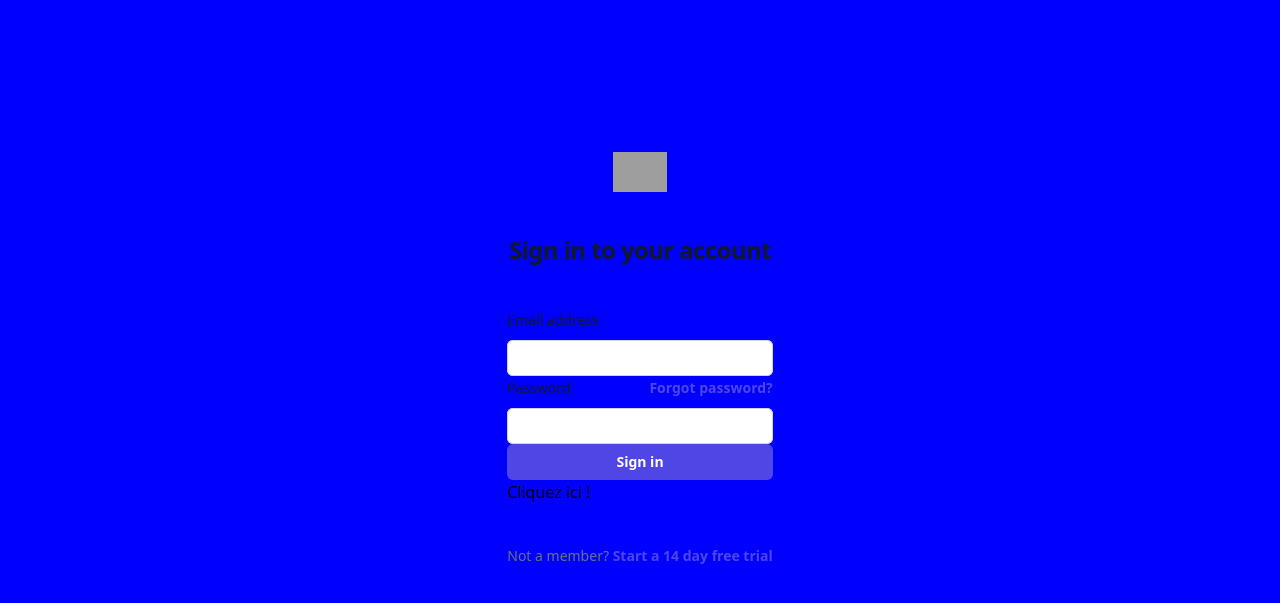
Repository: boschierob/interventio-app
Page: http://localhost/login
An editor plug-in stored every save of this project. The page is shown before and after the next save, followed by the edit.
The browser window is 1280 px wide. The pictures show the whole page.
Pictures or frames that could not be fetched are drawn as grey boxes. The page is served by the project's Node server (server.js).

Above is the page before, as saved 2023-11-14 15:52:55.

### views/login.ejs
<!DOCTYPE html>
<html lang="en">

<head>
  <meta charset="UTF-8">
  <meta name="viewport" content="width=device-width, initial-scale=1.0">
  <title>Page de Connexion</title>
  <!-- Ajouter le lien vers le fichier CSS de Tailwind CSS -->
  <link href="https://cdn.jsdelivr.net/npm/tailwindcss@2.2.19/dist/tailwind.min.css" rel="stylesheet">
  <script src="https://unpkg.com/htmx.org@1.9.8"
    integrity="sha384-rgjA7mptc2ETQqXoYC3/zJvkU7K/aP44Y+z7xQuJiVnB/422P/Ak+F/AqFR7E4Wr"
    crossorigin="anonymous"></script>
</head>

<body class="bg-gray-200 flex justify-center items-center h-screen">
  <form action="/login" method="post" class="flex min-h-full flex-col justify-center px-6 py-12 lg:px-8">
    <div class="sm:mx-auto sm:w-full sm:max-w-sm">
      <img class="mx-auto h-10 w-auto" src="https://tailwindui.com/img/logos/mark.svg?color=indigo&shade=600"
        alt="Your Company">
      <h2 class="mt-10 text-center text-2xl font-bold leading-9 tracking-tight text-gray-900">Sign in to your account
      </h2>
    </div>

    <div class="mt-10 sm:mx-auto sm:w-full sm:max-w-sm">
      <form class="space-y-6" action="#" method="POST">
        <div>
          <label for="email" class="block text-sm font-medium leading-6 text-gray-900">Email address</label>
          <div class="mt-2">
            <input id="email" name="email" type="email" autocomplete="email" required
              class="block w-full rounded-md border-0 py-1.5 text-gray-900 shadow-sm ring-1 ring-inset ring-gray-300 placeholder:text-gray-400 focus:ring-2 focus:ring-inset focus:ring-indigo-600 sm:text-sm sm:leading-6">
          </div>
        </div>

        <div>
          <div class="flex items-center justify-between">
            <label for="password" class="block text-sm font-medium leading-6 text-gray-900">Password</label>
            <div class="text-sm">
              <a href="#" class="font-semibold text-indigo-600 hover:text-indigo-500">Forgot password?</a>
            </div>
          </div>
          <div class="mt-2">
            <input id="password" name="password" type="password" autocomplete="current-password" required
              class="block w-full rounded-md border-0 py-1.5 text-gray-900 shadow-sm ring-1 ring-inset ring-gray-300 placeholder:text-gray-400 focus:ring-2 focus:ring-inset focus:ring-indigo-600 sm:text-sm sm:leading-6">
          </div>
        </div>

        <div>
          <button type="submit"
            class="flex w-full justify-center rounded-md bg-indigo-600 px-3 py-1.5 text-sm font-semibold leading-6 text-white shadow-sm hover:bg-indigo-500 focus-visible:outline focus-visible:outline-2 focus-visible:outline-offset-2 focus-visible:outline-indigo-600">Sign
            in</button>
        </div>
      </form>

      <div class="click" hx-trigger="click" hx-post="/changer-couleur" hx-target=".click" hx-swap="outerHTML" hx-get="true">
        Cliquez ici !
    </div>

      <p class="mt-10 text-center text-sm text-gray-500">
        Not a member?
        <a href="#" class="font-semibold leading-6 text-indigo-600 hover:text-indigo-500">Start a 14 day free trial</a>
      </p>
    </div>
  </form>


  <script>
    document.body.style.backgroundColor = "<%= color %>";
</script>
</body>

</html>

### server.js
const express = require('express');
const ejs = require('ejs');
const bodyParser = require('body-parser');
const path = require('path');


const app = express();

// Utiliser EJS comme moteur de template
app.set('view engine', 'ejs');
app.set('views', path.join(__dirname, 'views'));

app.use(bodyParser.urlencoded({ extended: true }));
// Middleware pour traiter les requêtes JSON
app.use(express.json());

app.get('/', (req, res) => {
  res.sendFile('login.ejs');
});
app.get('/login', (req, res) => {
  // Traitez la logique du serveur ici

  // Changer la couleur de fond aléatoirement (exemple)
  const color = "blue";

  // Rendre la page avec la couleur en tant que variable
  res.render('login', { color });
});

app.post('/login', (req, res) => {
  const email = req.body.email;
  const password = req.body.password;
  // Faites ici le traitement des données, par exemple, une vérification d'authentification.
  // Vous pouvez également renvoyer une réponse au client.

  // Exemple : renvoyer un message JSON de confirmation
  res.json({ message: 'Connexion réussie' });
});

// Route pour gérer le clic et renvoyer l'en-tête personnalisé
app.post('/changer-couleur', (req, res) => {
    // Traitez la logique du serveur ici
    const color = "blue";

    res.send(color);

});


const server = app.listen(3000, () => {
  console.log('Serveur Node.js en cours d exécution sur le port 3000');
});

After the next save:
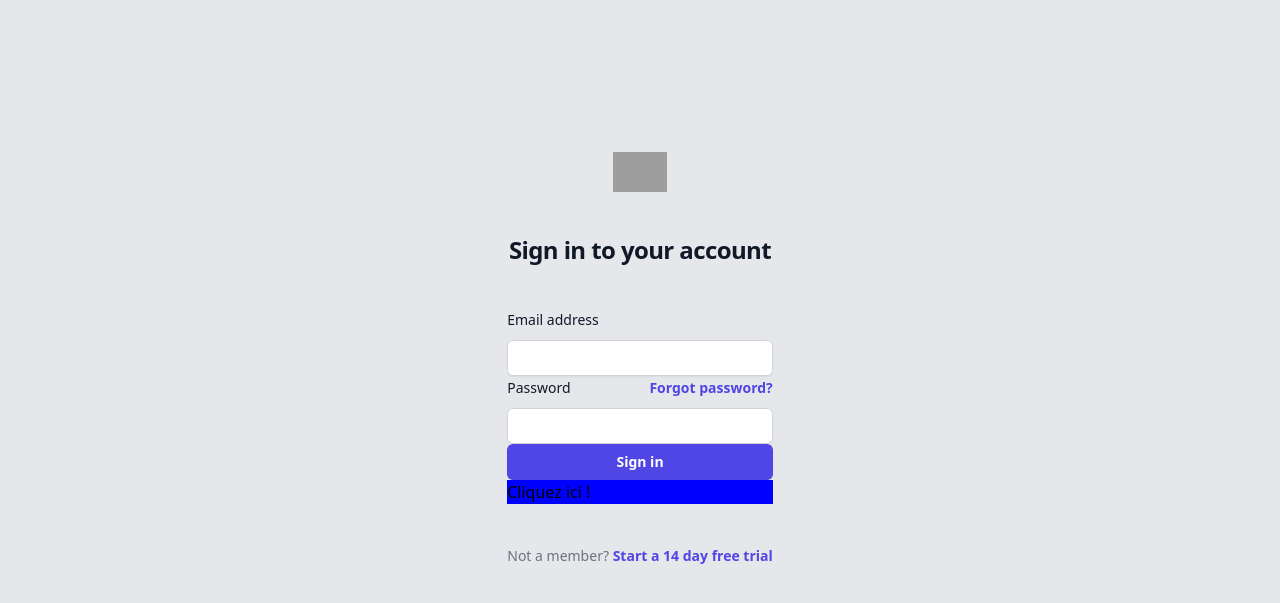
Saved 3 min 7 s later.
--- a/views/login.ejs
+++ b/views/login.ejs
@@ -64,7 +64,7 @@
 
 
   <script>
-    document.body.style.backgroundColor = "<%= color %>";
+    document.querySelector('.click').style.backgroundColor = "<%= color %>";
 </script>
 </body>
 
